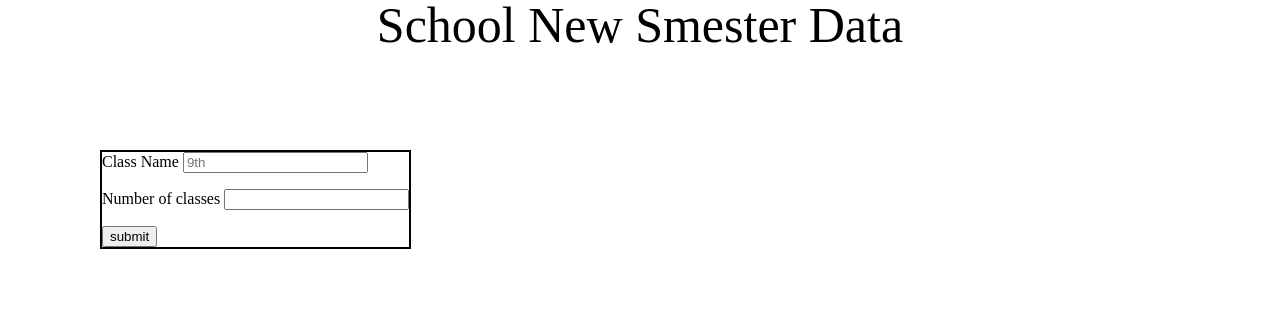
Repository: Razan-am/exam-practice
Page: index.html
An editor plug-in stored every save of this project. The page is shown before and after the next save, followed by the edit.
The browser window is 1280 px wide. The pictures show the whole page.

Above is the page before, as saved 2021-05-31 00:01:52.

### index.html
<!DOCTYPE html>
<html lang="en">
<head>
    <meta charset="UTF-8">
    <meta http-equiv="X-UA-Compatible" content="IE=edge">
    <meta name="viewport" content="width=device-width, initial-scale=1.0">
    <title>Document</title>
    <link rel="stylesheet" href="css/reset.css">
    <link rel="stylesheet" href="css/style.css">
</head>
<body>
    <header>
        <h1>School New Smester Data</h1>
    </header>
    <main>
        <form action="" id="myForm">
            <fieldset>
                <label for="className">Class Name</label>
                <input type="text" id="className" name="className" placeholder="9th">
                <br/><br/>
                <label for="classNumber">
                    Number of classes
                </label>
                <input type="number" id="classNamber" name="classNumber">
                <br/><br/>
                <input type="submit" value="submit">
            </fieldset>
        </form>
        <div >
            <table id="table"></table>
        </div>
    </main>
    <footer></footer>
    <script src="js/app.js"></script>
</body>
</html>

### css/style.css
h1{
    text-align: center;
    font-size: 50px;
    margin-bottom: 100px;
}

form{
    margin-left: 100px;
    margin-bottom: 100px;

}
fieldset{
    display: inline-block;
    border: 2px solid black;
}

table {
    margin-left: 250px;
}
th{
    padding-left: 20px;
}
td{
    padding-left: 20px;
}

### js/app.js
'use strict';

let myForm = document.getElementById('myForm');
let myTable = document.getElementById('table');

let headerData = ['class', 'number of classes', 'number of students for each class']

let mainArr = [];
function Myform(className, numberOfClasses) {
    this.className = className;
    this.numberOfClasses = numberOfClasses;
    this.randomNumber = 0;
    mainArr.push(this);
    setting();
}
console.log(mainArr);

function random(min, max) {
    mainArr.randomNumber = Math.floor(Math.random() * (max - min + 1)) + min;
}


myForm.addEventListener('submit', handleSubmit);

function handleSubmit(event) {
    event.preventDefault();
    let className = event.target.className.value;
    let classNumber = event.target.classNumber.value;
    new Myform(className, classNumber);
    render();
}

let headerEl = document.createElement('tr');
myTable.appendChild(headerEl);
function render() {
    // myTable.textContent='';
    let tBody = document.createElement('tr');
    myTable.appendChild(tBody);
    for (let index = 0; index < mainArr.length; index++) {
        headerEl.textContent = '';
        tBody.textContent='';
        for (let i = 0; i < headerData.length; i++) {
            let thEl = document.createElement('th');
            headerEl.appendChild(thEl);
            thEl.textContent = `${headerData[i]}`
        }
        let td1 = document.createElement('td');
        tBody.appendChild(td1);
        td1.textContent = `${mainArr[index].className}`;

        let td2 = document.createElement('td');
        tBody.appendChild(td2);
        td2.textContent = `${mainArr[index].numberOfClasses}`;

        let td3 = document.createElement('td');
        tBody.appendChild(td3);
        td3.textContent = `${mainArr[index].randomNumber}`;
    }

}


function setting() {
    let data = JSON.stringify(mainArr);
    localStorage.setItem('name' , data);
}

function getting() {
    let stringObj = localStorage.getItem('name')
    let normalObj = JSON.parse(stringObj);
    if(normalObj !== null){
        mainArr = normalObj;
    }
    render();
}
getting();

Loaded but not shown: css/reset.css (common file)

After the next save:
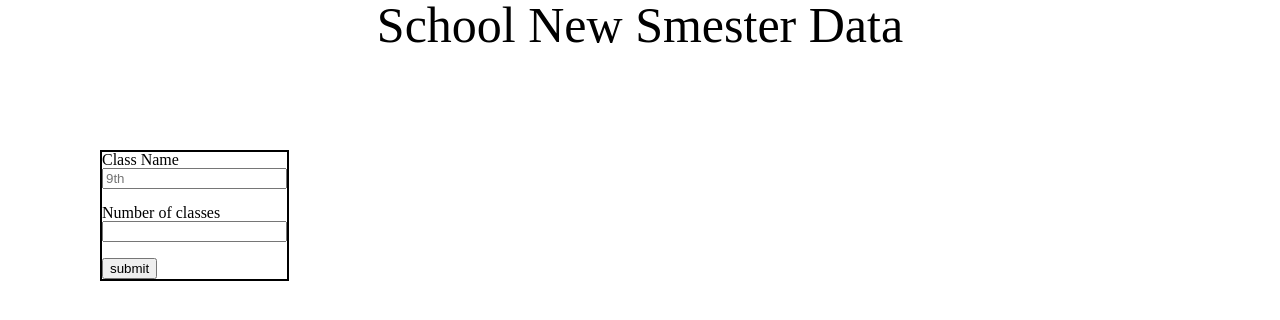
Saved 8 s later.
--- a/css/style.css
+++ b/css/style.css
@@ -12,6 +12,7 @@ form{
 fieldset{
     display: inline-block;
     border: 2px solid black;
+    width: 20px;
 }
 
 table {
